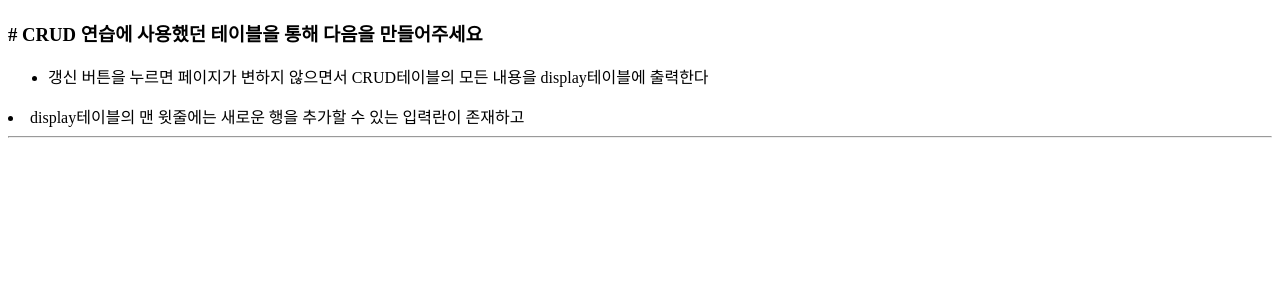
Repository: sirius455/spring-workspace
Page: http://localhost/Spring_REST/WEB-INF/views/ajax/crud_home.jsp
An editor plug-in stored every save of this project. The page is shown before and after the next save, followed by the edit.
The browser window is 1280 px wide. The pictures show the whole page.
The page is served by Tomcat 9. Nobody is signed in. Other server files are loaded and not shown. The template is opened directly, without the code that normally fills it, so the values that code supplies are empty.

Above is the page before, as saved 2021-08-05 06:05:58.

### Spring_REST/src/main/webapp/WEB-INF/views/ajax/crud_home.jsp
<%@ page language="java" contentType="text/html; charset=EUC-KR"
    pageEncoding="EUC-KR"%>
<!DOCTYPE html>
<html>
<head>
<meta charset="EUC-KR">
<title>Insert title here</title>
</head>
<body>
	<h3># CRUD 연습에 사용했던 테이블을 통해 다음을 만들어주세요</h3>

	<ul>
		<li>갱신 버튼을 누르면 페이지가 변하지 않으면서 CRUD테이블의 모든 내용을 display테이블에 출력한다</li>
	</ul>
	<li>
	 	display테이블의 맨 윗줄에는 새로운 행을 추가할 수 있는 입력란이 존재하고
	</li>

<hr>

<table id="display"></table>

</body>
</html>

After the next save:
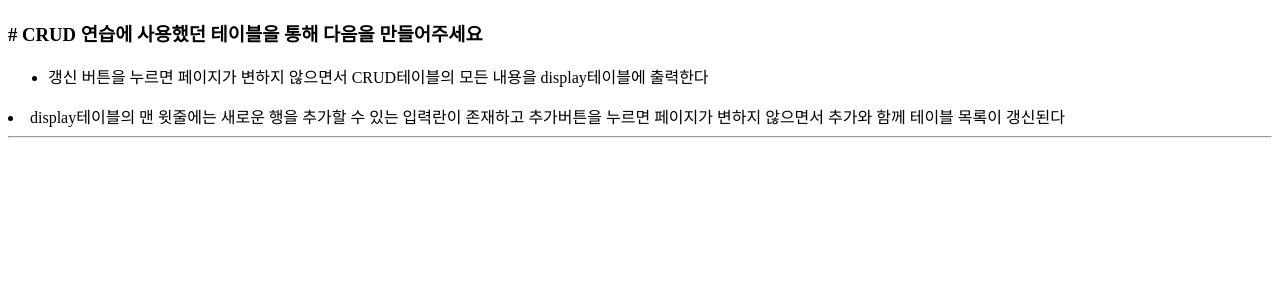
Saved 13 s later.
--- a/Spring_REST/src/main/webapp/WEB-INF/views/ajax/crud_home.jsp
+++ b/Spring_REST/src/main/webapp/WEB-INF/views/ajax/crud_home.jsp
@@ -14,6 +14,7 @@
 	</ul>
 	<li>
 	 	display테이블의 맨 윗줄에는 새로운 행을 추가할 수 있는 입력란이 존재하고
+	 	추가버튼을 누르면 페이지가 변하지 않으면서 추가와 함께 테이블 목록이 갱신된다
 	</li>
 
 <hr>
